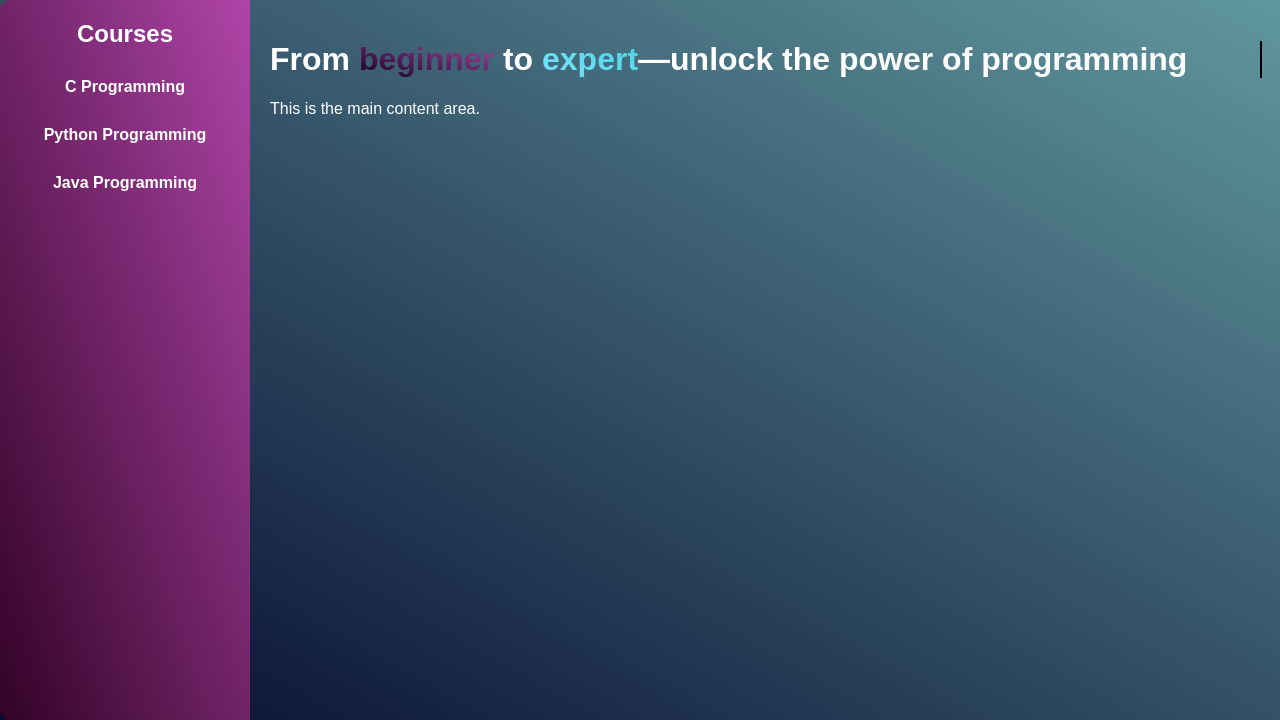
Repository: RishitSharma88/SeaGro
Page: templates/learningcourses.html
These files come from the project's save history. The page is drawn as it stood at one moment and after the next save; the edit follows.
The browser window is 1280 px wide. The pictures show the whole page.
The template is drawn by Flask 3. The application's start-up code is not run. Other server files are loaded and not shown. The template is opened directly, without the code that normally fills it, so the values that code supplies are empty.

Above is the page before, as saved 2024-12-28 14:20:01.

### templates/learningcourses.html
<!DOCTYPE html>
<html lang="en">
<head>
    <meta charset="UTF-8">
    <meta name="viewport" content="width=device-width, initial-scale=1.0">
    <title>Learning Courses</title>
    <style>
        body {
            margin: 0;
            padding: 0;
            font-family: 'Arial', sans-serif;
            background: linear-gradient(to bottom left, #60979e, #050a30);
            color: #FFFFFF;
            display: flex;
            height: 100vh;
            overflow: hidden;
        }

        .sidebar {
            background: linear-gradient(to bottom left, #af45a8, #320327);
            color: #ffff;
            width: 250px;
            height: 100%;
            border-radius: 10px 0 0 10px;
            overflow: auto;
            display: flex;
            flex-direction: column;
            align-items: center;
            position: fixed;
            left: 0;
            top: 0;
            transition: transform 0.3s ease;
        }
        .h {
            font-size: 24px;
            font-weight: bold;
            text-align: center;
            margin: 20px 0;
        }
        .side-links {
            display: flex;
            flex-direction: column;
            gap: 10px;
            width: 100%;
            padding: 0 10px;
        }

        .side-links a {
            text-decoration: none;
            color: #fff;
            font-size: 1rem;
            font-weight: bold;
            padding: 10px;
            border-radius: 5px;
            text-align: center;
            transition: background-color 0.3s ease;
        }

        .side-links a:hover {
            background-color: rgba(255, 255, 255, 0.2);
        }
        .main-content {
            margin-left: 250px;
            flex: 1;
            padding: 20px;
            transition: margin-left 0.3s ease;
        }
        .typing {
            width: 0;
            overflow: hidden;
            white-space: nowrap;
            border-right: 2px solid black;
            animation: typing 2s steps(20) forwards, blink 1s step-end infinite;
        }
        @keyframes typing {
            from {
                width: 0;
            }
            to {
                width: 100%;
            }
        }

        @keyframes blink {
            50% {
                border-color: transparent;
            }
        }
        .highlight {
            background: linear-gradient(to bottom left, #af45a8, #130121); /* Gradient */
            -webkit-background-clip: text;  /* Clip background to text */
            -webkit-text-fill-color: transparent;  /* Make the non-highlight part transparent */
        }

        .expert {
            background: linear-gradient(to bottom left, #4dd0e1, #76e4ff);
            -webkit-background-clip: text;
            -webkit-text-fill-color: transparent;
        }

        /*.sidebar.collapsed {
            transform: translateX(-250px);
        }





        .toggle-btn {
            position: fixed;
            top: 50%;
            left: 250px;
            transform: translateY(-50%);
            background: #de7a50;
            color: #fff;
            border: none;
            border-radius: 5px;
            font-size: 20px;
            cursor: pointer;
            transition: left 0.3s ease;
        }

        .toggle-btn.collapsed {
            left: 0;
        }



        .sidebar.collapsed + .main-content {
            margin-left: 0;
        }*/
    </style>
</head>
<body>
    <div class="sidebar">
        <h1 class="h">Courses</h1>
        <div class="side-links">
            <a href="coursetemp.html">C Programming</a>
            <a href="coursetemp.html">Python Programming</a>
            <a href="coursetemp.html">Java Programming</a>
        </div>
    </div>
    <!-- <button class="toggle-btn">&#9664;</button> -->

    <div class="main-content">
        <h1 class="typing">
            From <span class="highlight">beginner</span> to <span class="expert">expert</span>—unlock the power of programming
        </h1>
        <p>This is the main content area.</p>
    </div>

    <!-- <script>
        const sidebar = document.querySelector('.sidebar');
        const toggleBtn = document.querySelector('.toggle-btn');

        toggleBtn.addEventListener('click', () => {
            sidebar.classList.toggle('collapsed');
            toggleBtn.classList.toggle('collapsed');


            toggleBtn.innerHTML = sidebar.classList.contains('collapsed') ? '&#9654;' : '&#9664;';
        });
    </script> -->
</body>
</html>

After the next save:
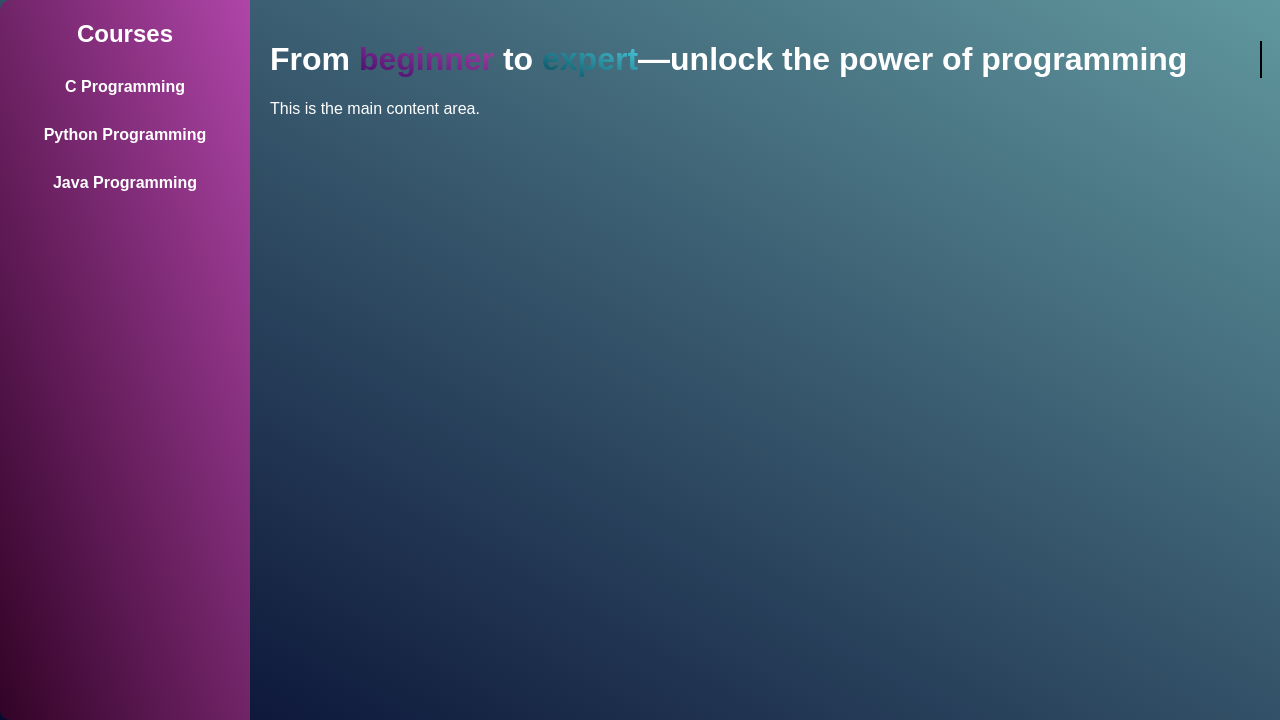
Saved 21 s later.
--- a/templates/learningcourses.html
+++ b/templates/learningcourses.html
@@ -87,13 +87,13 @@
             }
         }
         .highlight {
-            background: linear-gradient(to bottom left, #af45a8, #130121); /* Gradient */
+            background: linear-gradient(to bottom left, #af45a8, #430e6c); /* Gradient */
             -webkit-background-clip: text;  /* Clip background to text */
             -webkit-text-fill-color: transparent;  /* Make the non-highlight part transparent */
         }
 
         .expert {
-            background: linear-gradient(to bottom left, #4dd0e1, #76e4ff);
+            background: linear-gradient(to bottom left, #4dd0e1, #074b5c);
             -webkit-background-clip: text;
             -webkit-text-fill-color: transparent;
         }
